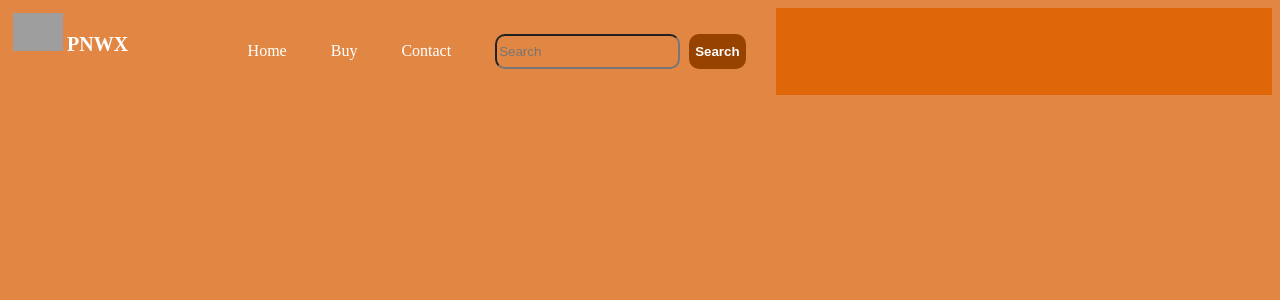
Repository: meiming24/meiming24.github.io
Page: index.html
The author's editor kept a copy of each file at every save. The page is drawn from the files as they stood at one save, then again after the next save.
The browser window is 1280 px wide. The pictures show the whole page.
Pictures or frames that could not be fetched are drawn as grey boxes.

Above is the page before, as saved 2022-05-09 19:29:43.

### index.html
<!DOCTYPE html>
<html lang="en">
<head>
    <meta charset="UTF-8">
    <meta http-equiv="X-UA-Compatible" content="IE=edge">
    <meta name="viewport" content="width=device-width, initial-scale=1.0">
    <title>Pacific Northwest X-Ray</title>
    <link rel="stylesheet" href="index.css" />
</head>
<body>
    <div class="container">

        <div class="logo">
            <img src="https://i.postimg.cc/hG3zmBz9/xray.png" alt="logo">
            <a href="#">PNWX</a>
        </div>

        <div class="nav-bar">
            <nav>
                <ul>
                    <li>
                        <a href="#">Home</a>
                    </li>

                    <li>
                        <a href="#">Buy</a>
                    </li>

                    <li>
                        <a href="#">Contact</a>
                    </li>

                    <li>
                        <form class="d-flex">
                            <input type="search" placeholder="Search"/>
                            <button type="submit">Search</button>
                        </form>
                    </li>

                </ul>


            </nav>



        </div>



    </div>

    <div class="content">

        <div class="item">

        </div>

        <div class="item">

        </div>

        <div class="item">

        </div>

    </div>
</body>
</html>

### index.css
* {
    background-color: #e28743
}

.container {
    display: flex;
    flex-flow: row wrap;
    background-color: #df6609;
}

.container > * {
    padding: 0px;
    margin: 0PX;
    box-sizing: border-box;
}

.logo {
    flex-basis: 15%;
    font-weight: 600;
    text-decoration: none;
    padding: 5px;
    display: inline-block;
}

.logo > img {
    width: 50px;
}

.logo > a {
    text-decoration: none;
    font-size: 20px;
    color: #fff;
}

.nav-bar {
    display: flex;
    align-items: center;
}

.nav-bar > nav {
    flex: 100%;
    text-align: left;
}

.nav-bar > nav ul {
    display: inline-block;
    list-style-type: none;
}

.nav-bar > nav ul li{
    display: inline-block;
    margin-right: 20px;
    padding: 10px;
}

.nav-bar > nav ul li a{
    text-decoration: none;
    border-bottom-style: none;
    color: #fff;
}

.nav-bar > nav ul li:hover{
    background-color: #b34f03;
}

.nav-bar > nav ul li form input {
    height: 35px;
    border-radius: 10px;
    margin-right: 5px;
}

.nav-bar > nav ul li form button {
    height: 35px;
    border-radius: 10px;
    border-style: none;
    font-weight: 600;
    color: #fff;
    background: #984200;
}

.nav-bar > nav ul li form button:hover {
    background: #4e2201;
}

After the next save:
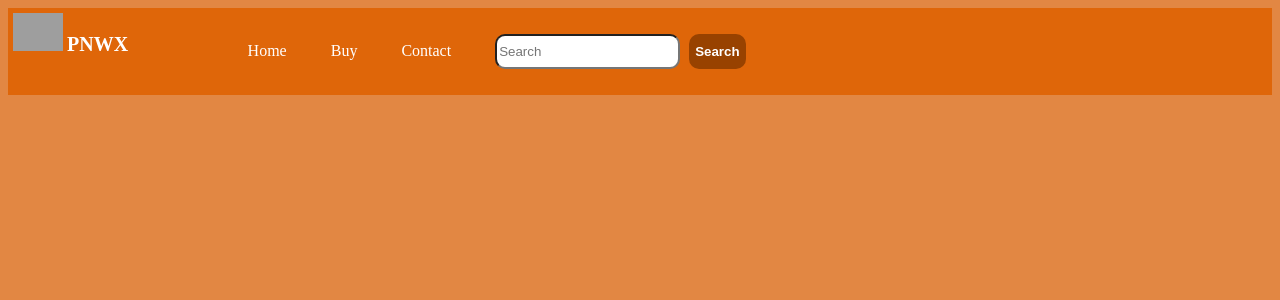
Saved 14 s later.
--- a/index.css
+++ b/index.css
@@ -1,4 +1,4 @@
-* {
+body {
     background-color: #e28743
 }
 
